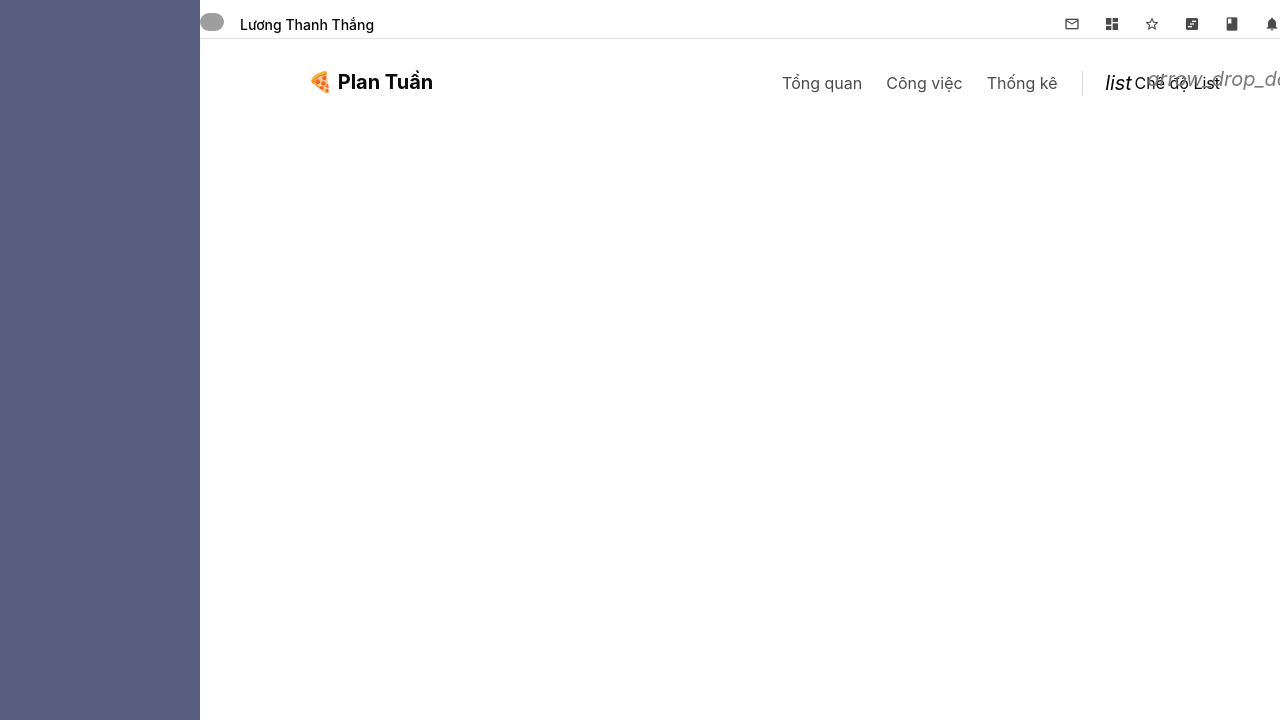
Repository: luongthanhthang/revision-front-end
Page: ke-hoach.html
An editor plug-in stored every save of this project. The page is shown before and after the next save, followed by the edit.
The browser window is 1280 px wide. The pictures show the whole page.
Pictures or frames that could not be fetched are drawn as grey boxes. Some web libraries are served in a nearby version.

Above is the page before, as saved 2023-02-11 10:50:57.

### ke-hoach.html
<!DOCTYPE html>
<html>
  <head>
    <meta charset="utf-8" />
    <meta http-equiv="X-UA-Compatible" content="IE=edge" />
    <title>Ke hoạch</title>
    <meta name="viewport" content="width=device-width, initial-scale=1" />
    <link rel="preconnect" href="https://fonts.googleapis.com"/>
    <link rel="preconnect" href="https://fonts.gstatic.com" crossorigin />
    <link href="https://fonts.googleapis.com/css2?family=Inter:wght@100;200;300;400;500;600;700;800;900&display=swap"
      rel="stylesheet"/>
    <link href="https://fonts.googleapis.com/css2?family=Bebas+Neue&display=swap"
      rel="stylesheet"/>
    <link rel="stylesheet" href="assets/css/ke_hoach.css"/>
    <link href="https://fonts.googleapis.com/icon?family=Material+Icons" rel="stylesheet"/>
    <link rel="stylesheet" href="assets/css/bulma/css/bulma.min.css">
    <script src="https://kit.fontawesome.com/e1f8756e73.js" crossorigin="anonymous"></script>
  </head>
  <body>
    <div id = "main" class="columns is-gapless">
      <aside class="column is-narrow">
        <section id="sidebar"></section>
      </aside>
      <section id="content" class="column">
        <header id="header" class="main-header">
          <ul class="columns is-vcentered">
            <li class="column">
              <div class="icon-text">
                <span class="icon image is-24x24">
                  <img class="is-rounded" src="https://avatars.dicebear.com/api/adventurer-neutral/231441AAFA.svg">
                </span>
                <span class="has-text-black has-text-weight-medium font-14 ml-3">Lương Thanh Thắng</span>
              </div>
            </li>
            <li class="column is-narrow px-2">
              <div>
                <span class="icon">
                  <span class="material-icons is-size-6">mail_outline</span>
                </span>
              </div>
            </li>
            <li class="column is-narrow px-2">
              <div>
                <span class="icon">
                  <span class="material-icons material-icons-outlined is-size-6">dashboard</span>
                </span>
              </div>
            </li>
            <li class="column is-narrow px-2">
              <div>
                <span class="icon">
                  <span class="material-icons material-icons-outlined is-size-6">star_outline</span>
                </span>
              </div>
            </li>
            <li class="column is-narrow px-2">
              <div>
                <span class="icon">
                  <span class="material-icons material-icons-outlined is-size-6">view_timeline</span>
                </span>
              </div>
            </li>
            <li class="column is-narrow px-2">
              <div>
                <span class="icon">
                  <span class="material-icons material-icons-outlined is-size-6">book</span>
                </span>
              </div>
            </li>
            <li class="column is-narrow px-2">
              <div>
                <span class="icon">
                  <span class="material-icons material-icons-outlined is-size-6">notifications</span>
                </span>
              </div>
            </li>
          </ul>
        </header>

        <section class="main-content columns">
          <div class="nav column is-narrow">
            <div class="py-3 team card">

            </div>
          </div>
          <div class="content column">
            <div class="content-right px-4 pb-0">
              <div class="title-content px-5 py-3">
                <ul class="columns">
                  <li class="column">
                    <div class="has-text-weight-bold has-text-black is-size-5">🍕 Plan Tuần</div>
                  </li>
                  <li class="column is-narrow">Tổng quan</li>
                  <li class="column is-narrow">Công việc</li>
                  <li class="column is-narrow">Thống kê</li>
                  <li class="column is-narrow">
                    <div style="width: 1px; height: 24px; background: #D9D9D9;"></div>
                  </li>
                  <li class="column is-narrow">
                    <div class="dropdown is-hoverable">
                      <div class="dropdown-trigger"><a class="icon-text has-text-black"><!--!--><span class="icon"><i class="material-icons-outlined is-size-5">list</i></span>
                        <!--!--><span>Chế độ List</span><!--!--><span class="icon is-small has-text-grey"><i class="material-icons-outlined is-size-5">arrow_drop_down</i></span></a></div>
                  </div>
                  </li>
                </ul>
              </div>
            </div>
          </div>
        </section>
      </section>
    </div>
    <script src="assets/js/ke-hoach.js"></script>
  </body>
</html>

### assets/css/ke_hoach.css
* {
  padding: 0;
  margin: 0;
  box-sizing: border-box;
}

body {
  font-family: "Inter", Arial, sans-serif;
  font-weight: 400;
  line-height: 1.5rem;
}

li {
  list-style-type: none;
}

a {
  text-decoration: underline;
}

table {
  border-spacing: 0px;
  width: 100%;
}

.font-14 {
  font-size: 14px !important;
}

#main {
  margin: 0;
  height: 100vh;
  overflow-y: auto;
  overflow-x: hidden;
}
#main #sidebar {
  width: 200px;
  height: 100vh;
  background-color: #585c7d;
}
#main #content {
  width: calc(100% - 200px);
  height: 100vh;
  overflow-y: auto;
  overflow-x: hidden;
}
#main #content .main-header {
  background-color: #fff;
  border-bottom: 1px solid #e2e2e2;
  position: sticky;
  top: 0;
  z-index: 1;
}

/*# sourceMappingURL=ke_hoach.css.map */

Loaded but not shown: assets/css/bulma/css/bulma.min.css (library); assets/js/ke-hoach.js (no copy from this time; the picture is the same without it)

After the next save:
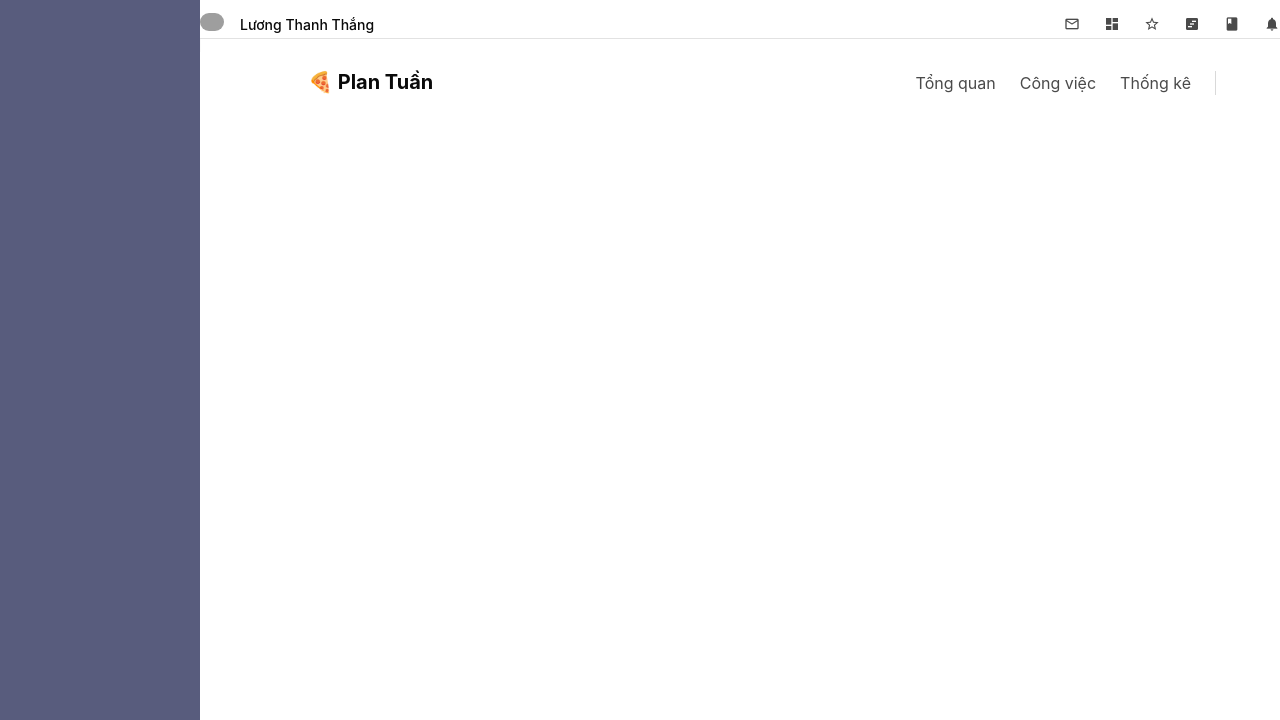
Saved 4 s later.
--- a/ke-hoach.html
+++ b/ke-hoach.html
@@ -98,8 +98,7 @@
                   </li>
                   <li class="column is-narrow">
                     <div class="dropdown is-hoverable">
-                      <div class="dropdown-trigger"><a class="icon-text has-text-black"><!--!--><span class="icon"><i class="material-icons-outlined is-size-5">list</i></span>
-                        <!--!--><span>Chế độ List</span><!--!--><span class="icon is-small has-text-grey"><i class="material-icons-outlined is-size-5">arrow_drop_down</i></span></a></div>
+
                   </div>
                   </li>
                 </ul>
